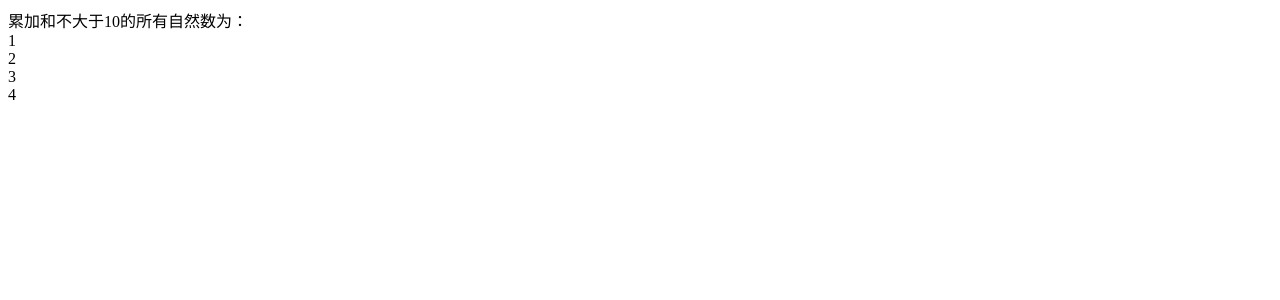
Repository: bookFireFly/bookFireFly
Page: JavaScriptMingriBook/Main/07累计和不大于10的自然数.html
An editor plug-in stored every save of this project. The page is shown before and after the next save, followed by the edit.
The browser window is 1280 px wide. The pictures show the whole page.

Above is the page before, as saved 2017-10-18 14:53:06.

After the next save:
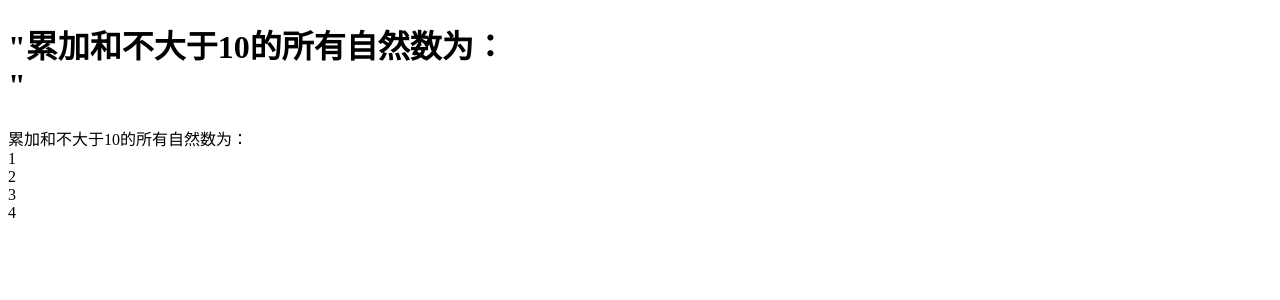
Saved 38 s later.
--- a/JavaScriptMingriBook/Main/07累计和不大于10的自然数.html
+++ b/JavaScriptMingriBook/Main/07累计和不大于10的自然数.html
@@ -5,6 +5,7 @@
 <title>07累计和不大于10的自然数</title>
 </head>
 <body>
+<h1>"累加和不大于10的所有自然数为：<br>"</h1>
 <script type="text/javascript">
 var i=1;
 var sum=i;
